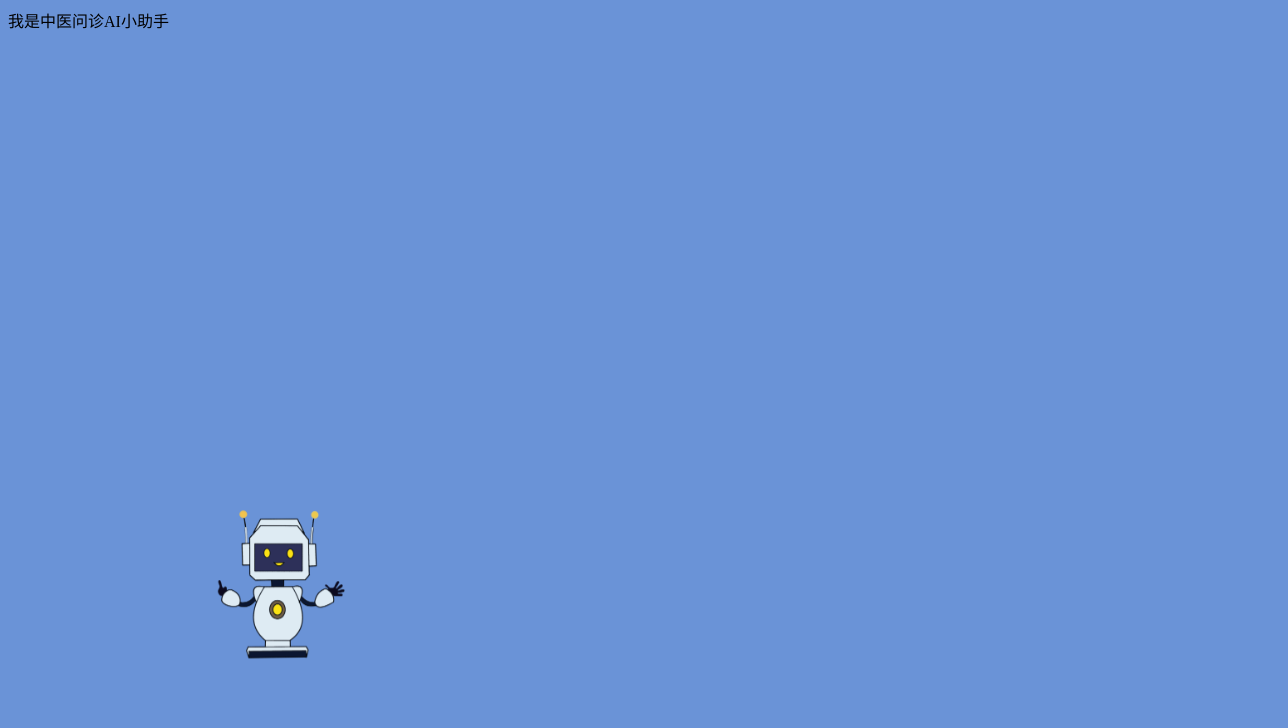
Repository: chjyume/zhongyi
Page: index3.html
An editor plug-in stored every save of this project. The page is shown before and after the next save, followed by the edit.
The browser window is 1280 px wide. The page is 1288 px wide, so the pictures cover 1288 px, including what lies to the right of the window. The pictures show the whole page.

Above is the page before, as saved 2023-06-27 10:36:06.

After the next save:
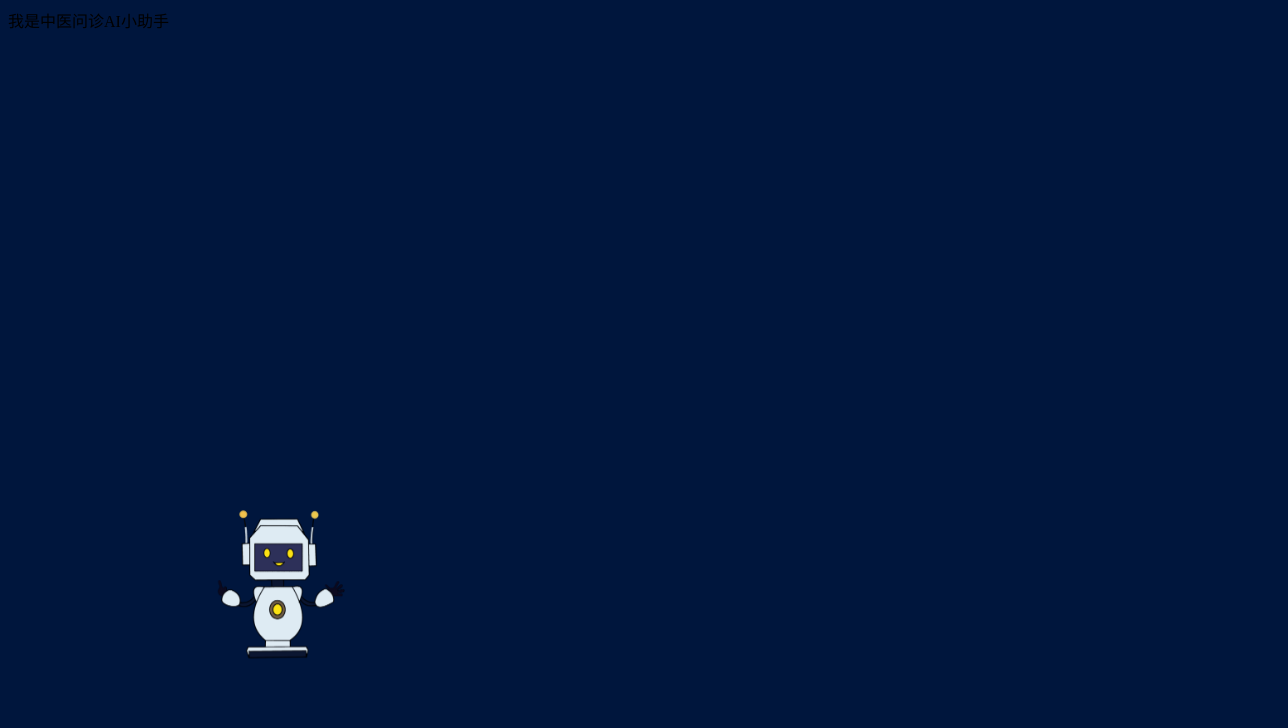
Saved 3 min 25 s later.
--- a/index3.html
+++ b/index3.html
@@ -10,7 +10,7 @@
 	<style>
 	body
 	{
-        background-color:rgba(69, 120, 206, 0.8);
+        background-color:rgb(0,22,61);
 		background-repeat:no-repeat;
         height: 100%;
         width: 100%;
